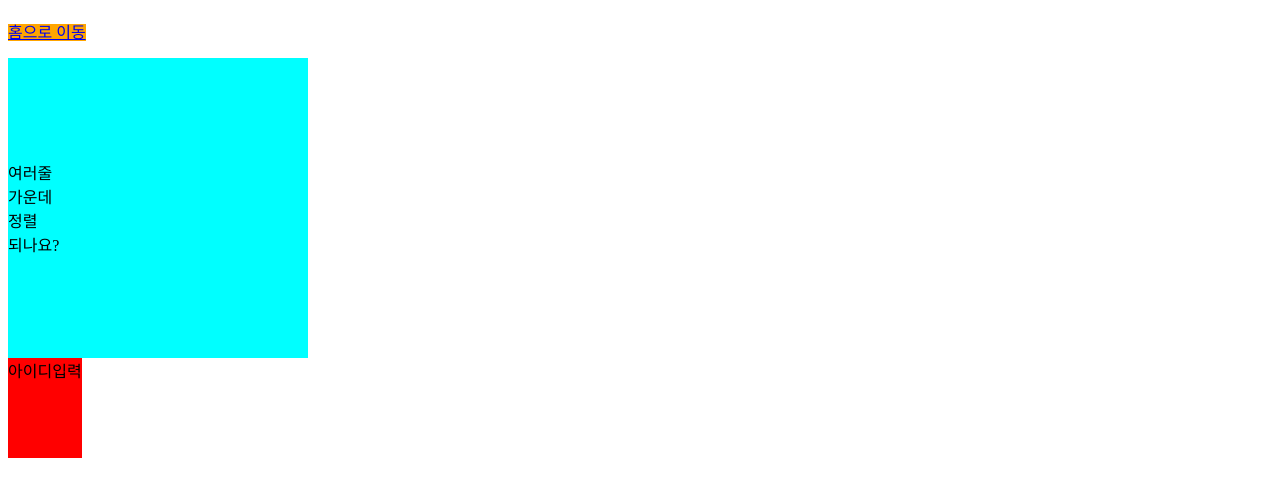
Repository: cleangggg/front
Page: css/ex12.html
These files come from the project's save history. The page is drawn as it stood at one moment and after the next save; the edit follows.
The browser window is 1280 px wide. The pictures show the whole page.

Above is the page before, as saved 2023-05-25 04:15:49.

### css/ex12.html
<!DOCTYPE html>
<html>
<head>
<meta charset="UTF-8">
<title>Insert title here</title>
<style type ="text/css">
	.in-block {

		background : orange;
		height: 50px; width:200px;
		display : inline-bloc; /* block에 width를 주는 효과 */
		line-height: 50px;
		text-align: center;

	}
	div{

		background: aqua;
		width: 300px; height: 300px;
		display: table-cell;
		vertical-align: middle;
		text-align : 50px;

	}
	label {
		height:100px; background: red;
		display: inline-block;
	}
</style>
</head>
<body>

	<a href="#" class="in-block">홈으로 이동</a>
	<div>
		여러줄<br>가운데<br>정렬<br>되나요?
	</div>
	<label>
		아이디입력
	</label>

</body>
</html>

After the next save:
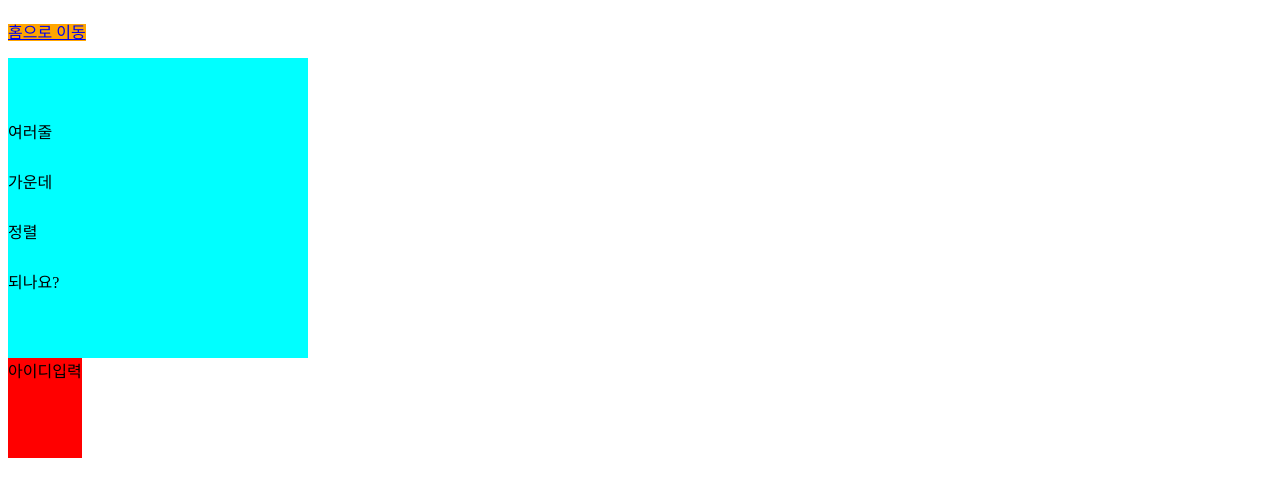
Saved 13 s later.
--- a/css/ex12.html
+++ b/css/ex12.html
@@ -19,7 +19,7 @@
 		width: 300px; height: 300px;
 		display: table-cell;
 		vertical-align: middle;
-		text-align : 50px;
+		line-height: 50px;
 
 	}
 	label {
